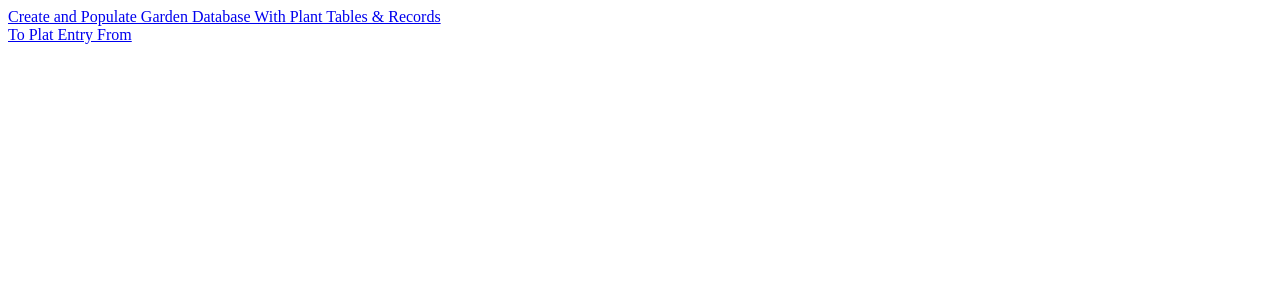
Repository: bkyncl/csd-430
Page: http://localhost/kyncl_08/
The author's editor kept a copy of each file at every save. The page is drawn from the files as they stood at one save, then again after the next save.
The browser window is 1280 px wide. The pictures show the whole page.
The page is served by Tomcat 9. Other server files are loaded and not shown.

Above is the page before, as saved 2023-07-04 09:15:42.

### kyncl_08/src/main/webapp/index.jsp
<%@ page language="java" contentType="text/html; charset=ISO-8859-1"
    pageEncoding="ISO-8859-1"%>
<!DOCTYPE html>
<html>
<head>
<meta charset="ISO-8859-1">
<title>Insert title here</title>
</head>
<body>
	<a href="<%=request.getContextPath()%>/plants?action=CreateAndPop">Create and Populate Garden Database With Plant Tables & Records</a>
	<br>
	<a href="/kyncl_08/form.jsp">To Plat Entry From</a>
</body>
</html>

After the next save:
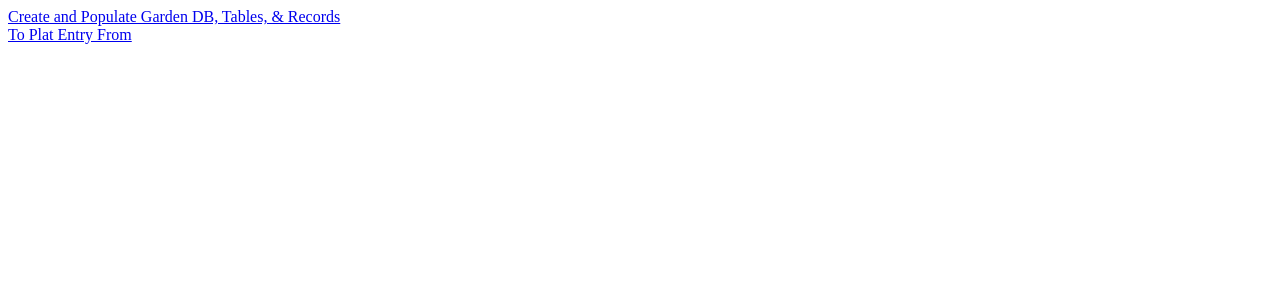
Saved 43 s later.
--- a/kyncl_08/src/main/webapp/index.jsp
+++ b/kyncl_08/src/main/webapp/index.jsp
@@ -7,7 +7,7 @@
 <title>Insert title here</title>
 </head>
 <body>
-	<a href="<%=request.getContextPath()%>/plants?action=CreateAndPop">Create and Populate Garden Database With Plant Tables & Records</a>
+	<a href="<%=request.getContextPath()%>/plants?action=CreateAndPop">Create and Populate Garden DB, Tables, & Records</a>
 	<br>
 	<a href="/kyncl_08/form.jsp">To Plat Entry From</a>
 </body>
